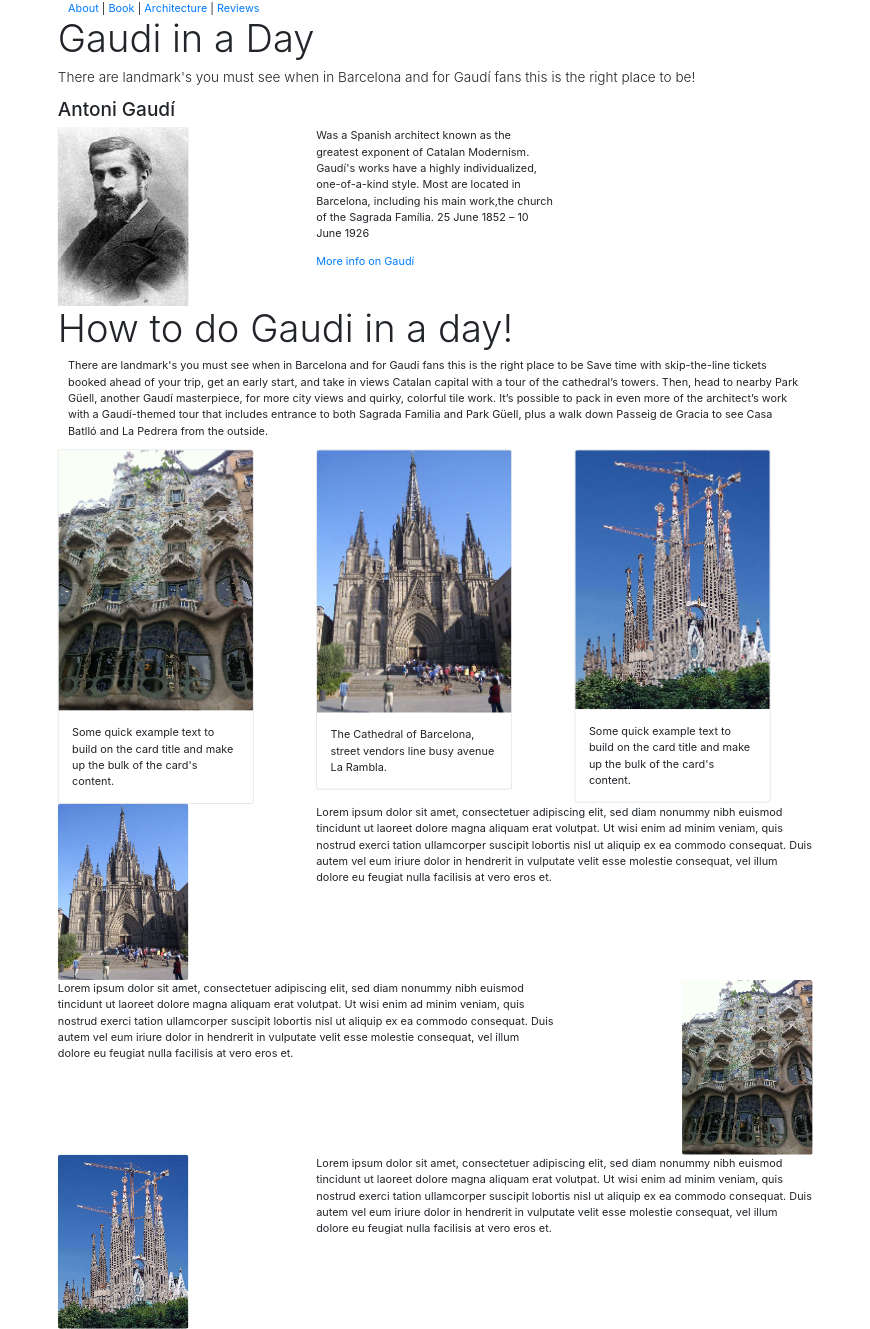
Repository: Taitdanielle/Milestone1
Page: index.html
The author's editor kept a record of every edit. The page is drawn from the files as they stood at one moment, then again after the next edit.
The browser window is 1280 px wide. The pictures show the whole page, at 68% of full size.

Above is the page before.

After the next edit:
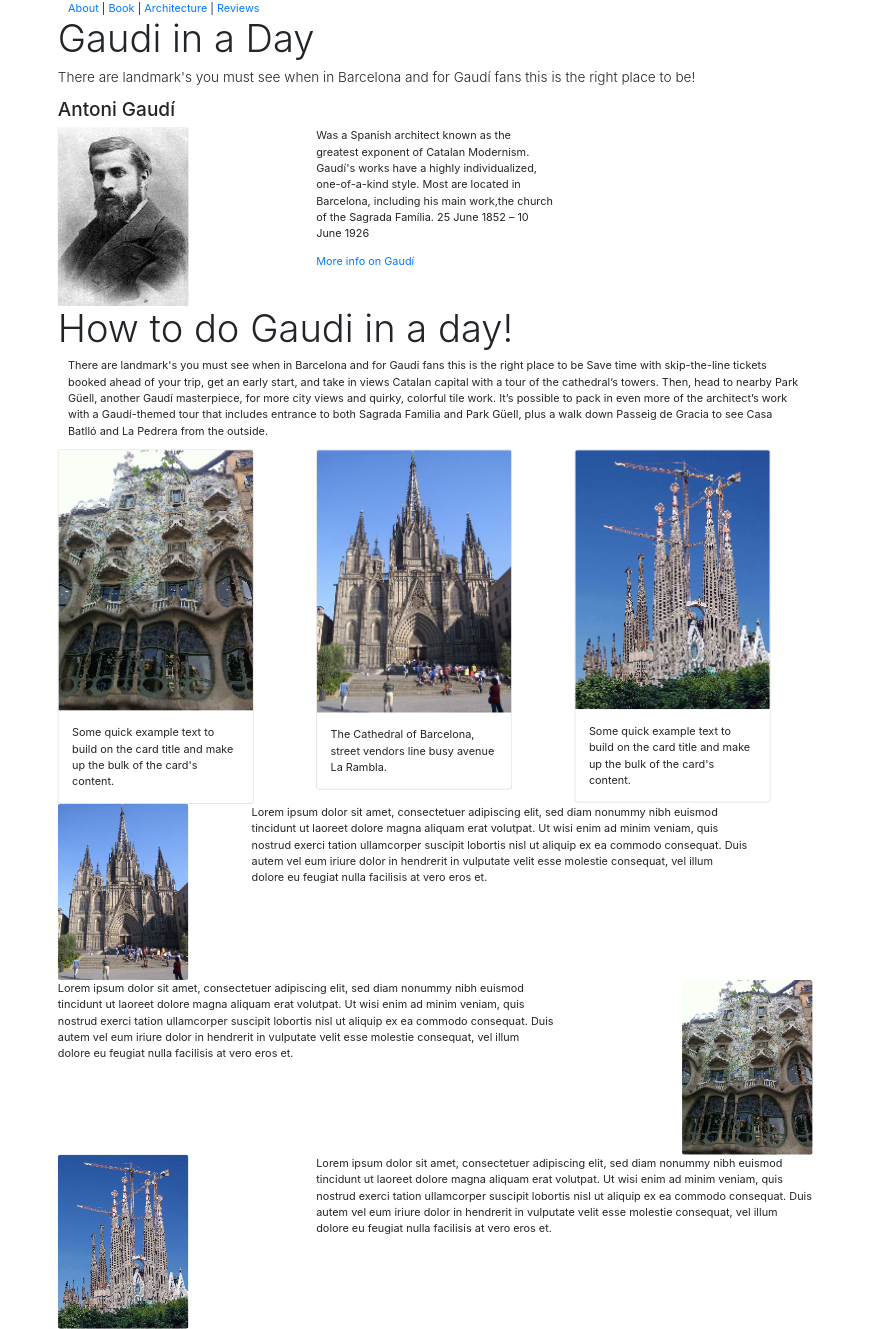
The edit:
--- a/index.html
+++ b/index.html
@@ -86,7 +86,7 @@
     <div class="container">
 
         <div class="row">
-            <div class="col-md-4">
+            <div class="col-md-3">
                 <img src="images/Sta-eulalia.jpg" class="rounded float-left" alt="barrigotic building">
             </div>
             <div class="col-md-8">
